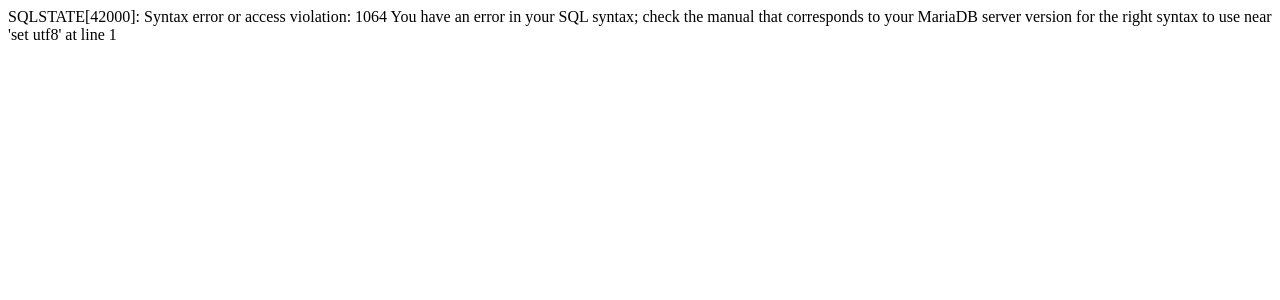
Repository: FredeRibeiro/htdocs-Desenvolvimento-Web-Completo-2019
Page: http://localhost/app.php
These files come from the project's save history. The page is drawn as it stood at one moment and after the next save; the edit follows.
The browser window is 1280 px wide. The pictures show the whole page.
The page is run by PHP 8.4 with error messages shown; the project is at /var/www/html/.

Above is the page before, as saved 2019-10-29 18:41:50.

### app_dashboard/app.php
<?php

class Dashboard
{
    public $data_inicio;
    public $data_fim;
    public $numeroVendas;
    public $totalVendas;

    public function __get($atributo)
    {
        return $this->$atributo;
    }

    public function __set($atributo, $valor)
    {
        $this->$atributo = $valor;
        return $this;
    }
}

class Conexao
{
    private $host = 'localhost';
    private $dbname = 'dashboard';
    private $user = 'root';
    private $pass = '';

    public function conectar()
    {
        try {
            $conexao = new PDO(
                "mysql:host=$this->host;dbname=$this->dbname",
                "$this->user",
                "$this->pass"
            );

            $conexao->exec('set charset set utf8');

            return $conexao;
        } catch (PDOException $e) {
            echo '<p>' . $e->getMessage() . '<p>';
        }
    }
}

class Bd
{
    private $conexao;
    private $dashboard;

    public function __construct(Conexao $conexao, Dashboard $dashboard)
    {
        $this->conexao = $conexao->conectar();
        $this->dashboard = $dashboard;
    }

    public function getNumeroVendas()
    {
        $query = 'select
                    count(*) as numero_vendas
                  from
                    tb_vendas
                   where
                    data_venda between ? and ?';

        $stmt = $this->conexao->prepare($query);
        $stmt->bindValue(':data_inicio', '2018-08-01');
        $stmt->bindValue(':data_fim', '2018-08-31');
        $stmt->execute();

        return $stmt->fetch(PDO::FETCH_OBJ);
    }
}

$dashboard = new Dashboard();
$conexao = new Conexao();

$bd = new Bd($conexao, $dashboard);

After the next save:
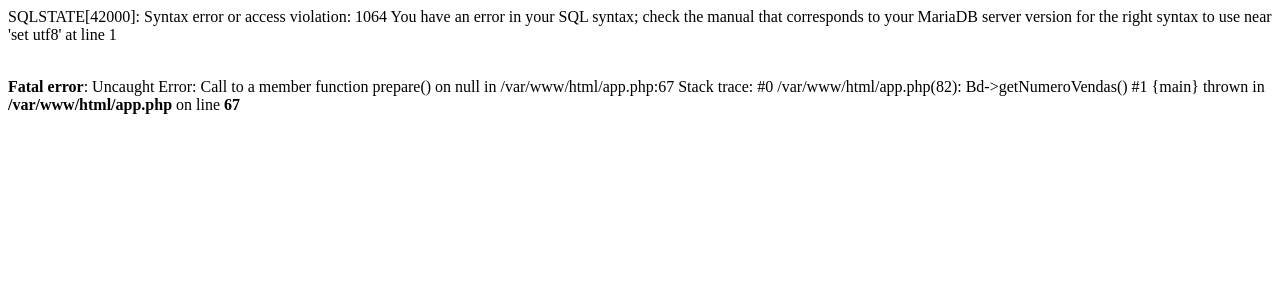
Saved 11 s later.
--- a/app_dashboard/app.php
+++ b/app_dashboard/app.php
@@ -62,7 +62,7 @@
                   from
                     tb_vendas
                    where
-                    data_venda between ? and ?';
+                    data_venda between :data_inicio and :data_fim';
 
         $stmt = $this->conexao->prepare($query);
         $stmt->bindValue(':data_inicio', '2018-08-01');
@@ -77,3 +77,6 @@
 $conexao = new Conexao();
 
 $bd = new Bd($conexao, $dashboard);
+
+
+print_r($bd->getNumeroVendas());
